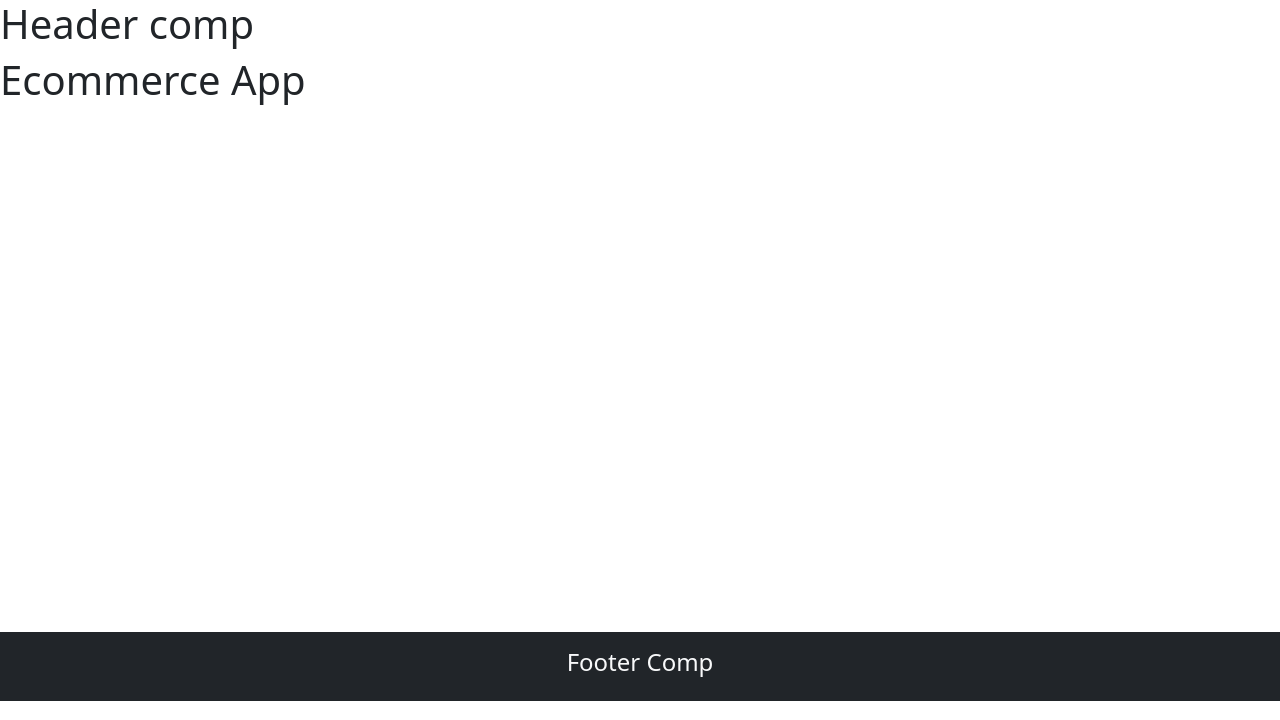
Repository: Abhi2359/SaleXpress
Page: / (app in client/)
These files come from the project's save history. The page is drawn as it stood at one moment and after the next save; the edit follows.
The browser window is 1280 px wide. The pictures show the whole page.
The project was rebuilt for these pictures with package versions that can differ from the ones it lists, and the page was loaded fresh each time. Also part of the build but not shown: client/vite.config.js, client/src/App.css.

Above is the page before, as saved 2023-05-08 18:21:42.

### client/index.html
<!DOCTYPE html>
<html lang="en">
  <head>
    <meta charset="UTF-8" />
    <link href="https://cdn.jsdelivr.net/npm/bootstrap@5.3.0-alpha3/dist/css/bootstrap.min.css" rel="stylesheet" integrity="sha384-KK94CHFLLe+nY2dmCWGMq91rCGa5gtU4mk92HdvYe+M/SXH301p5ILy+dN9+nJOZ" crossorigin="anonymous">
    <meta name="viewport" content="width=device-width, initial-scale=1.0" />
    <title>SaleXpress</title>
  </head>
  <body>
    <div id="root"></div>
    <script src="https://cdn.jsdelivr.net/npm/bootstrap@5.3.0-alpha3/dist/js/bootstrap.bundle.min.js" integrity="sha384-ENjdO4Dr2bkBIFxQpeoTz1HIcje39Wm4jDKdf19U8gI4ddQ3GYNS7NTKfAdVQSZe" crossorigin="anonymous"></script>
    <script type="module" src="/src/main.jsx"></script>
  </body>
</html>

### client/src/App.jsx
import { useState } from 'react'


import './App.css'
import Layout from './components/Layout/Layout'
function App() {

  return (
    <>
    <Layout>

     <h1>Ecommerce App</h1>
    </Layout>
    </>
  )
}

export default App

### client/src/index.css

@import url('https://fonts.googleapis.com/css2?family=Heebo:wght@600&family=Kumbh+Sans:wght@800&family=Playfair+Display:wght@700&family=Poppins:ital,wght@0,300;0,400;0,500;1,300;1,600&display=swap');


*{
    margin: 0;
    padding: 0;
    box-sizing: border-box;
}

/* font-family: 'Poppins', sans-serif; */
/* font-family: 'Playfair Display', serif; */

### client/src/components/Layout/Layout.jsx
import React from 'react'
import Header from './Header'
import Footer from './Footer'

const Layout = ({children}) => {
  return (
    <div>
        <Header/>
        <main style={{minHeight:"80vh"}}>

        {children}
        </main>
        <Footer/>
    </div>
  )
}

export default Layout

### client/src/components/Layout/Header.jsx
import React from 'react'

const Header = () => {
  return (
    <div>
        <h1>Header comp</h1>
    </div>
  )
}

export default Header

### client/src/components/Layout/Footer.jsx
import React from 'react'

const Footer = () => {
  return (
    <div className='bg-dark text-light p-3'>
        <h4 className='text-center'>Footer Comp</h4>
    </div>
  )
}

export default Footer

Loaded but not shown: client/src/main.jsx (common file)

After the next save:
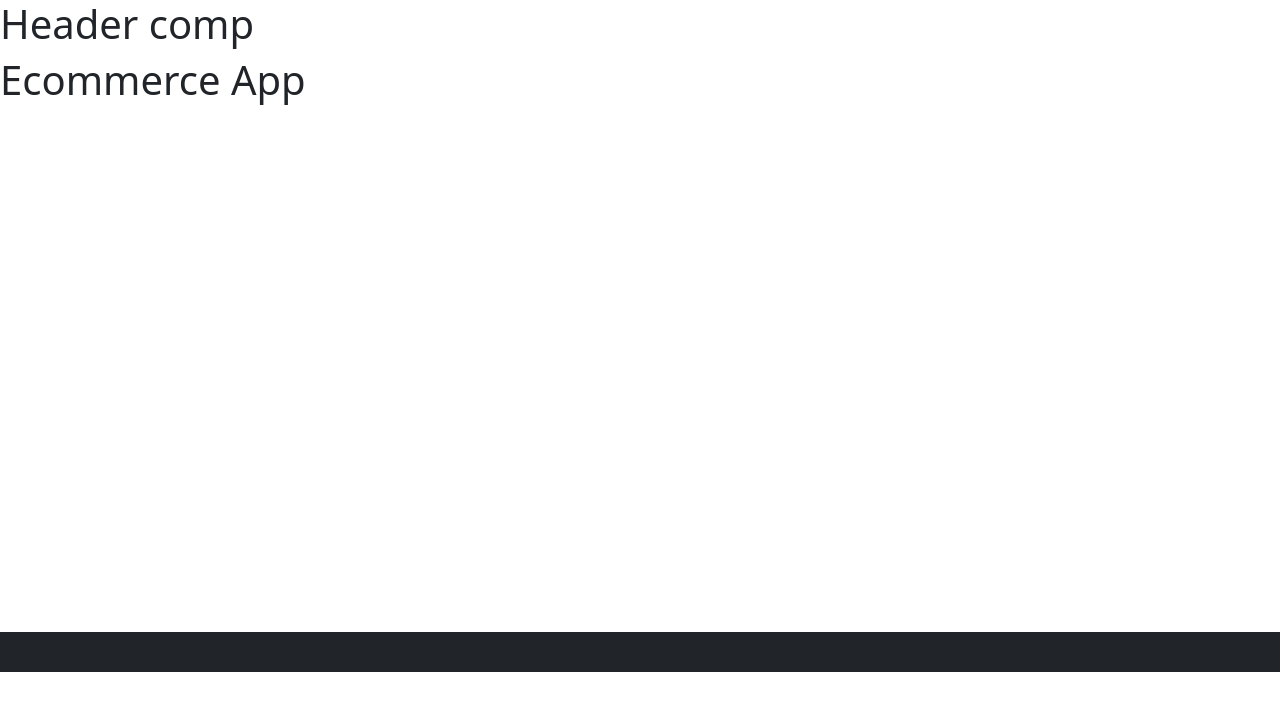
Saved 5 s later.
--- a/client/src/components/Layout/Footer.jsx
+++ b/client/src/components/Layout/Footer.jsx
@@ -3,7 +3,7 @@
 const Footer = () => {
   return (
     <div className='bg-dark text-light p-3'>
-        <h4 className='text-center'>Footer Comp</h4>
+        <h4 className='text-center'></h4>
     </div>
   )
 }

After the save that followed:
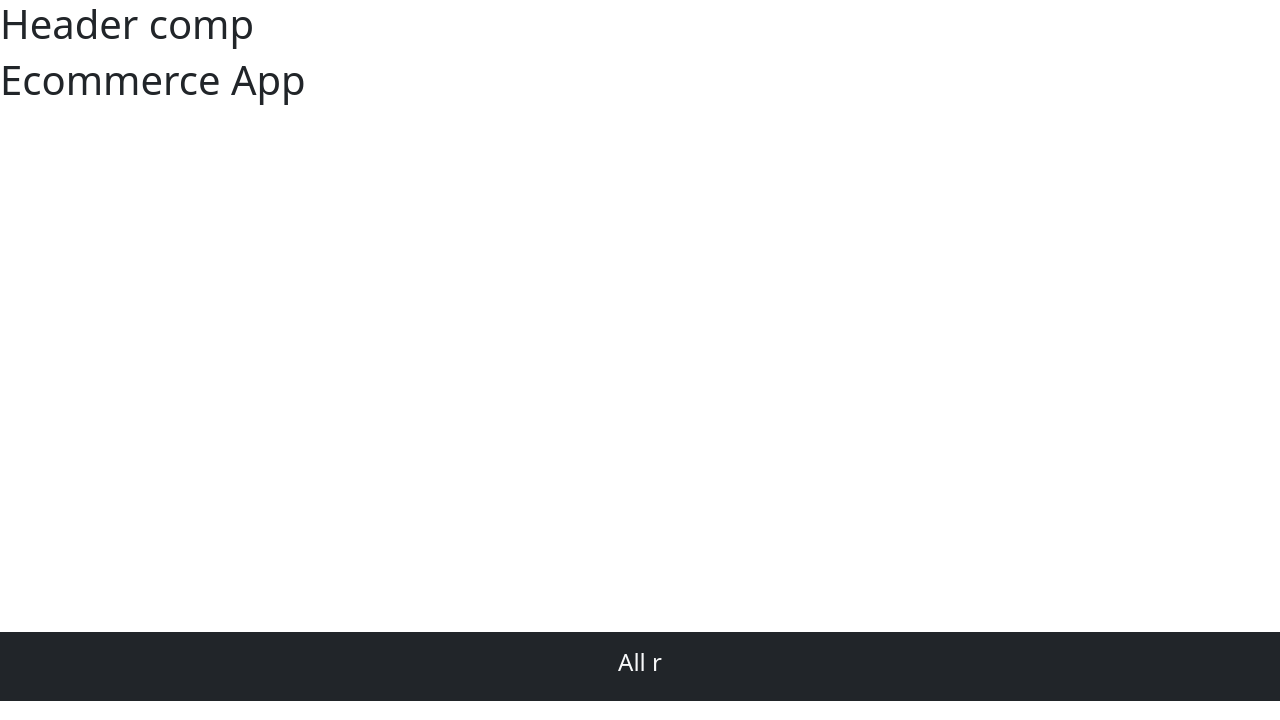
Saved 6 s later.
--- a/client/src/components/Layout/Footer.jsx
+++ b/client/src/components/Layout/Footer.jsx
@@ -3,7 +3,7 @@
 const Footer = () => {
   return (
     <div className='bg-dark text-light p-3'>
-        <h4 className='text-center'></h4>
+        <h4 className='text-center'> All r</h4>
     </div>
   )
 }
